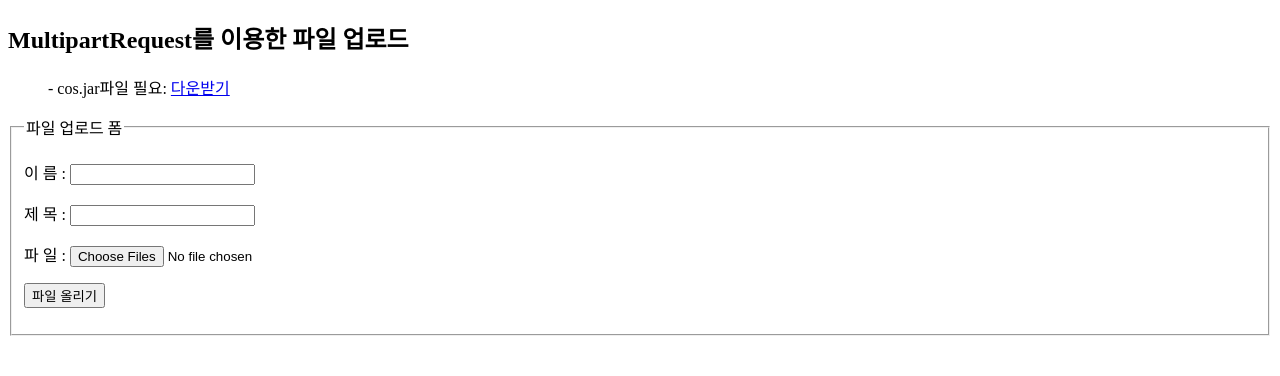
Repository: zhyuk/FullStackStudy
Page: http://localhost/jsptwo/11_01_fileupload01.jsp
An editor plug-in stored every save of this project. The page is shown before and after the next save, followed by the edit.
The browser window is 1280 px wide. The pictures show the whole page.
The page is served by Tomcat 9.

Above is the page before, as saved 2024-08-29 03:50:36.

After the next save:
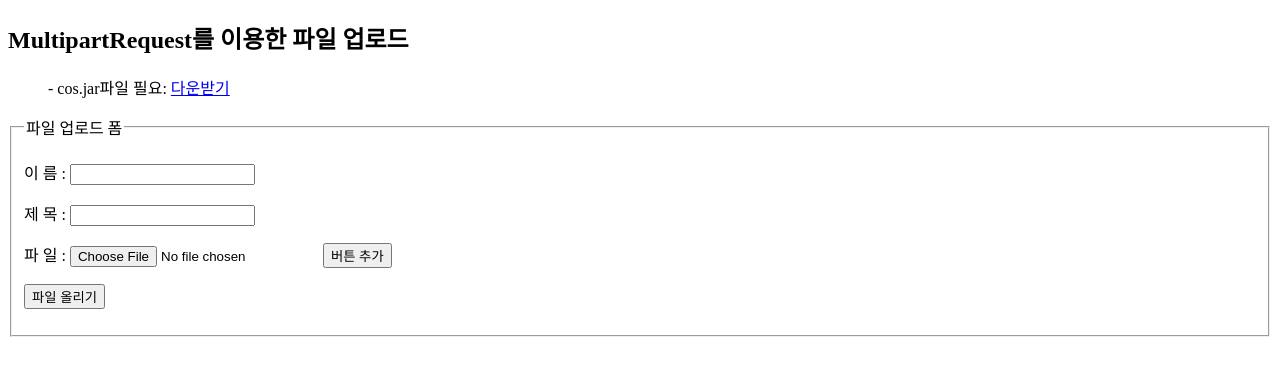
Saved 3 min 27 s later.
--- a/jsp/jspwork/jsptwo/src/main/webapp/11_01_fileupload01.jsp
+++ b/jsp/jspwork/jsptwo/src/main/webapp/11_01_fileupload01.jsp
@@ -81,8 +81,8 @@
 				<input type="checkbox" name="sel" value="다">다
 			</p> -->
 		<div id="filesDiv"></div>
-			<p>파 일 : <input type="file" name="filename" multiple></p>
-			<!-- <p>파 일 : <input type="file" name="filename1"><button type="button" id="addFileBtn" onclick="addFileFnc()">버튼 추가</button></p> -->
+<!-- 			<p>파 일 : <input type="file" name="filename" multiple></p> -->
+			<p>파 일 : <input type="file" name="filename1"><button type="button" id="addFileBtn" onclick="addFileFnc()">버튼 추가</button></p>
 			<p><input type="submit" value="파일 올리기"></p>
 		</fieldset>
 	</form>

After the 2 saves that followed:
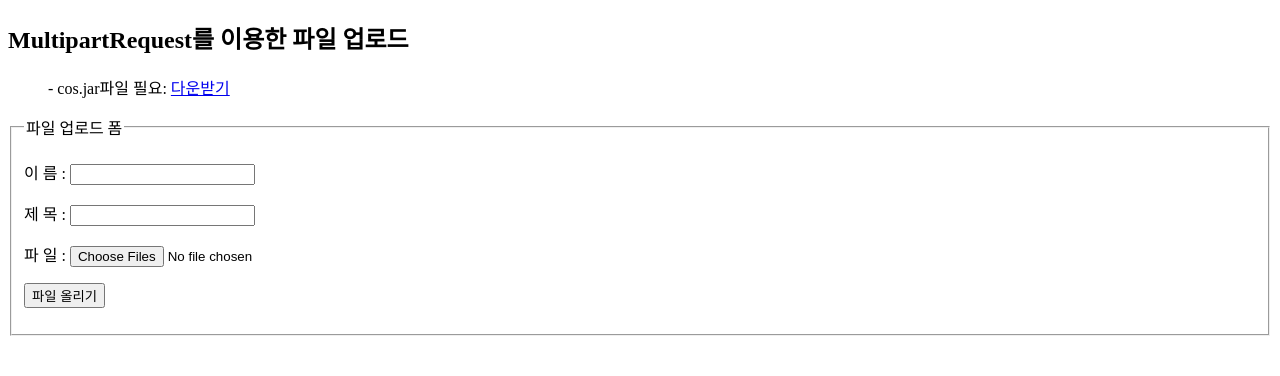
The 2 saves are shown as one change because 1 left the picture as it was.
The last was saved 3 min 42 s later.
--- a/jsp/jspwork/jsptwo/src/main/webapp/11_01_fileupload01.jsp
+++ b/jsp/jspwork/jsptwo/src/main/webapp/11_01_fileupload01.jsp
@@ -33,6 +33,9 @@
 			// fileForm : input[name=fileForm] => form 태그 내 입력요소의 name속성을 기술할 경우 name속성명만 기술해도 된다.
 			fileForm.addEventListener('submit', (e) => {
 				let lenTF = false, extTf = false;
+				let attrStr = document.querySelector("input[type=file]").getAttribute('multiple')
+
+				// multiple 속성이 존재하는 input type='file'만 가능
 				// multiple : 파일 여러 개를 업로드할 수 있게하는 속성.
 				// .files : 업로드한 파일들을 "파일배열"형식으로 가져오는 속성 => 문자열 X 파일로 배열에 담아둠.
 				// 예) bird1,bird2,bird3 파일 등록 => [bird1.jpg, bird2.jpg, bird3.jpg]
@@ -49,6 +52,7 @@
 						if (obj == extension.toLowerCase()) cnt++
 					});
 				}
+
 				if (cnt != imgs.length) alert("이미지 파일만 업로드 하실 수 있습니다.");
 				else extTF = true;
 
@@ -81,8 +85,8 @@
 				<input type="checkbox" name="sel" value="다">다
 			</p> -->
 		<div id="filesDiv"></div>
-<!-- 			<p>파 일 : <input type="file" name="filename" multiple></p> -->
-			<p>파 일 : <input type="file" name="filename1"><button type="button" id="addFileBtn" onclick="addFileFnc()">버튼 추가</button></p>
+			<p>파 일 : <input type="file" name="filename" multiple></p>
+<!-- 			<p>파 일 : <input type="file" name="filename1"><button type="button" id="addFileBtn" onclick="addFileFnc()">버튼 추가</button></p> -->
 			<p><input type="submit" value="파일 올리기"></p>
 		</fieldset>
 	</form>
